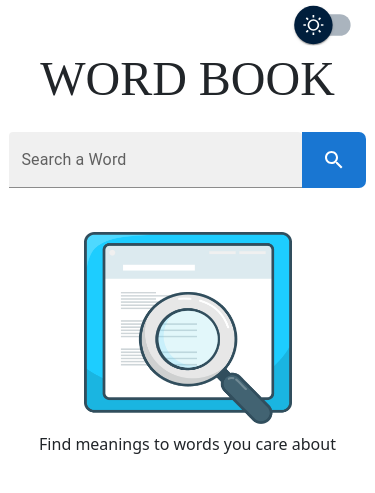
Repository: marveldev/my-dictionary
Page: /
These files come from the project's save history. The page is drawn as it stood at one moment and after the next save; the edit follows.
The browser window is 375 px wide. The pictures show the whole page.
The project was rebuilt for these pictures with package versions that can differ from the ones it lists, and the page was loaded fresh each time. Also part of the build but not shown: src/components/themeSwitcher/MUISwitch.jsx.

Above is the page before, as saved 2022-05-29 18:56:12.

After the next save:
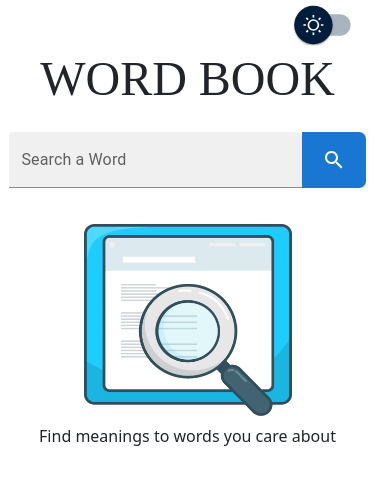
Saved 8 s later.
--- a/src/index.css
+++ b/src/index.css
@@ -116,7 +116,7 @@ button:active {
   }
 
   .output {
-    margin-top: 14em;
+    margin-top: 13.5em;
   }
 
   .definition-header {
